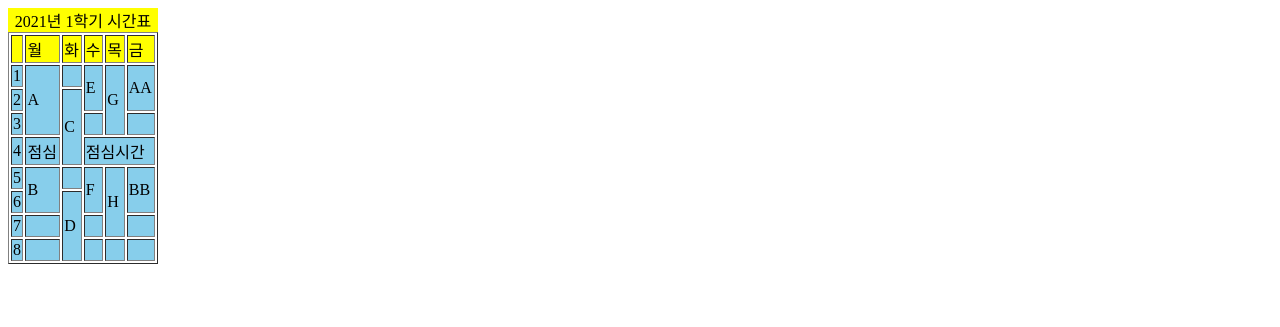
Repository: o-ddong/JSP
Page: ch1_html/WebContent/hello.html
The author's editor kept a copy of each file at every save. The page is drawn from the files as they stood at one save, then again after the next save.
The browser window is 1280 px wide. The pictures show the whole page.

Above is the page before, as saved 2021-03-03 06:00:31.

After the next save:
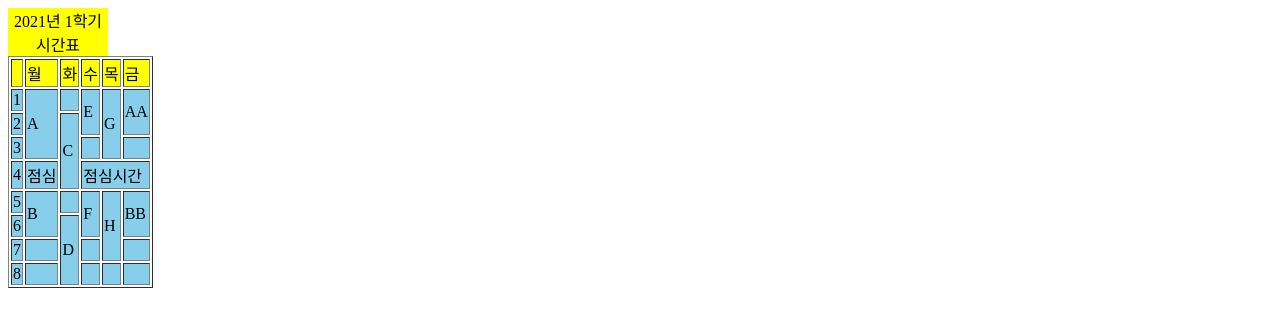
Saved 4 s later.
--- a/ch1_html/WebContent/hello.html
+++ b/ch1_html/WebContent/hello.html
@@ -4,7 +4,7 @@
 <meta charset="EUC-KR">
 <title>Insert title here</title>
 <style type = "text/css">
-	.back_y{background-color:yellow; width:150px}
+	.back_y{background-color:yellow; width:100px}
 	.back_b{background-color:skyblue}
 </style>
 </head>
